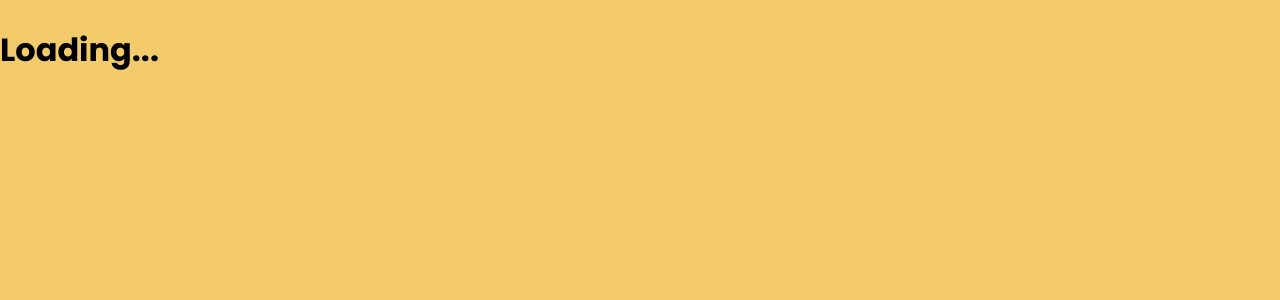
Repository: ble-syn/Random-user-generator-app
Page: /
An editor plug-in stored every save of this project. The page is shown before and after the next save, followed by the edit.
The browser window is 1280 px wide. The pictures show the whole page.
The page's requests for data from a server got no answer. The project was rebuilt for these pictures with package versions that can differ from the ones it lists, and the page was loaded fresh each time. No one was signed in, and anything a server would have sent is missing. Also part of the build but not shown: src/components/Navbar.jsx, src/components/pagination.jsx, src/components/ErrorFallback.jsx, src/components/User.jsx, src/pages/About.jsx, src/pages/Policy.jsx, src/pages/Terms.jsx, src/pages/Contact.jsx and 1 more.

Above is the page before, as saved 2022-10-28 18:17:24.

### src/index.css
@import url("https://fonts.googleapis.com/css2?family=Poppins:ital,wght@0,200;0,300;0,400;0,500;0,600;0,700;1,400&display=swap");
*{
  margin: 0;
  padding: 0;
  box-sizing: border-box;
}
a {
  text-decoration: none;
  color: #000;
}

body {
  background-color: #F4CB6B;
  font-family: "Poppins", sans-serif;
}
.container {
  width: 100%;
  max-width: 1300px;
  margin: 2% auto;

}

nav {
  display: flex;
  justify-content: space-between;
  margin: 2% 0 3%;
}
.menu {
  margin: 0 20px;
}

.home-container{
  display: flex;

  align-items: center;
}
/* LEFT STYLES */
#left {
  flex: 5;
}
#left h1 {
  font-size: 3rem;
  font-weight: 700;
  margin-bottom: 20px;
}
#left p {
  font-size: 1.2rem;
  margin-bottom: 20px;
}
.search-input {
  width: 80%;
  background-color: #dadada;
  border-radius: 12px;
  border: none;
  display: flex;
  place-items: center;
  padding-left: 15px;
  margin: 50px 0;
}
input {
  border: none;
  border-radius: 12px;
  background-color: inherit;
  width: 100%;
  height: 50px;
  padding-left: 5px;
  font-size: 20px;
}
input:focus {
  outline: none;
}
input::placeholder {
  color: #171717;
}
.user-link-cont {
  margin-top: 70px;
}
.user-link{
  margin-right: 80px;
  padding: 30px;
  border-radius: 10px;
  color: #FFF;
  cursor: pointer;
  border: none;
  box-shadow: 0px 2px 5px  rgba(0, 0, 0, 0.5);
}
.all-user {
  background-color: #BF9679;
}
.f-user{
  background-color: #F97661;
}
.m-user{
background-color: #8DCC50;
}

#right{
  height: 90vh;
  flex: 5;
  margin-left: 20px;
  background-color: #F2F2EF;
  border-radius: 20px;
  padding: 15px 30px;

}

.usercard {
  background-color: #F2F2EF;
  border-radius: 20px;
  display: flex;
  justify-content: space-between;
  align-items: center;
  padding: 20px;
  margin: 20px 0;
}

img {
 border: 5px solid #BF9679;;
  border-radius: 50%;
  margin: 5px 0;
}

.pagination {
  display: flex;
  justify-content: center;
  align-items: center;
  gap: 12px;
  margin: 20px 0;
}

.pagination-num {
  display: flex;
  justify-content: center;
  align-items: center;
  gap: 12px;
}

.pagination-child,
.prev,
.next {
  opacity: 1;
  border: 1px solid #000;
  padding: 8px 16px;
  cursor: pointer;
  border-radius: 10px;
  transition: all 0.3s ease;
}

.pagination-child:hover,
.prev:hover,
.next:hover {
  transform: scale(1.1);
}

.disabled {
  opacity: 0.5;
  cursor: not-allowed;
}
.notfound {
  display: flex;
  flex-direction: column;
  justify-content: center;
  align-items: center;
  height: 70vh;
  font-size: 2rem;
  font-weight: 700;
}
.notfound img{
  height: 200px;
  border: none;
}
.notfound button {
  margin-top: 20px;
  padding:10px 20px;
  background: none;
  border-radius: 10px;
  border: 1px solid black;
}

### src/App.js
import { BrowserRouter as Router, Routes, Route, Navigate} from "react-router-dom";
import Navbar from "./components/Navbar";
import Home from "./pages/Home";
import About from "./pages/About";
import Policy from "./pages/Policy";
import Terms from "./pages/Terms";
import Contact from "./pages/Contact";
import NotFound from "./pages/NotFound";

function App() {
  return (
    <div className="container">
      <Router>
        <Routes>
          <Route path="/" element={<Home />} />
          <Route path="/about" element={<About />}>
            <Route path="policy" element={<Policy />} />
            <Route path="terms" element={<Terms />} />
          </Route>
          <Route path="/contact" element={<Contact />} />
          <Route path="/not-found" element={<NotFound />} />
          <Route path="*" element={<Navigate to="/not-found" />} />
        </Routes>
      </Router>

    </div>
  );
}

export default App;

### src/pages/Home.jsx
import { useState, useEffect } from "react";
import Navbar from "../components/Navbar";
import Pagination from "../components/pagination";
import { ErrorBoundary } from 'react-error-boundary'
import ErrorFallback from "../components/ErrorFallback";
import { ReactComponent as Search } from "../assets/Search.svg"
import User from "../components/User";



function Home() {
  const [users, setUsers] = useState([]);
  const [loading, setLoading] = useState(true);

  const [currentPage, setCurrentPage] = useState(1);
  const [usersPerPage] = useState(4);

  // get users from the randomuser api
  useEffect(() => {
    const getUsers = async () => {
      const res = await fetch("https://randomuser.me/api/?results=20");
      const data = await res.json();
      setUsers(data.results);
      setLoading(false);
    };

    getUsers();
  }, []);

    const female = async () => {
    const res = await fetch("https://randomuser.me/api?results=20&gender=female");
    const data = await res.json();
    setUsers(data.results);
    setLoading(false);
  };



    const male = async () => {
    const res = await fetch("https://randomuser.me/api?results=20&gender=male");
    const data = await res.json();
    setUsers(data.results);
    setLoading(false);
  };


  //   loading state
  if (loading) {
    return <h1>Loading...</h1>;
  }

  //   pagination logic
  const indexOfLastUser = currentPage * usersPerPage;
  const indexOfFirstUser = indexOfLastUser - usersPerPage;
  const persons = users.slice(indexOfFirstUser, indexOfLastUser);
  const numberOfPages = Math.ceil(users.length / usersPerPage);

  return (
    <div className="home-container">
      <div id="left">
      <Navbar />
        <h1>Hello Friend!</h1>
        <p>welcome to your dashboard, kindly sort through the user base</p>
        <form action="" className="search-input">
          <Search />
          <input type="text" name="" id="" />
        </form>
        <h3>Show Users</h3>
        <div className="user-link-cont">
          <button type="button" className="user-link all-user">
            All User
          </button>
          <button type="button" className="user-link f-user" onClick={female}>
            Female
          </button>

          <button type="button" className="user-link m-user" onClick={male}>
            Male
          </button>
        </div>

      </div>


      <div id="right">
        <ErrorBoundary SafeComponent={ErrorFallback}>
            {/* <h2>Users</h2> */}
            <User persons={persons} />
          </ErrorBoundary>
          <ErrorBoundary>
            <Pagination
              numberOfPages={numberOfPages}
              currentPage={currentPage}
              setCurrentPage={setCurrentPage}
            />
        </ErrorBoundary>
      </div>
    </div>
  );
}

export default Home;

Loaded but not shown: public/index.html (common file); src/index.js (common file); src/reportWebVitals.js (common file)

After the next save:
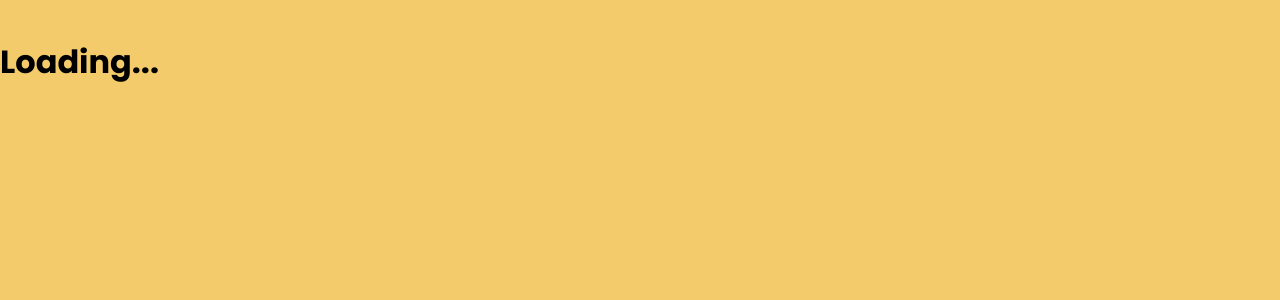
Saved 8 s later.
--- a/src/index.css
+++ b/src/index.css
@@ -16,7 +16,7 @@ body {
 .container {
   width: 100%;
   max-width: 1300px;
-  margin: 2% auto;
+  margin: 3% auto;
 
 }
 
